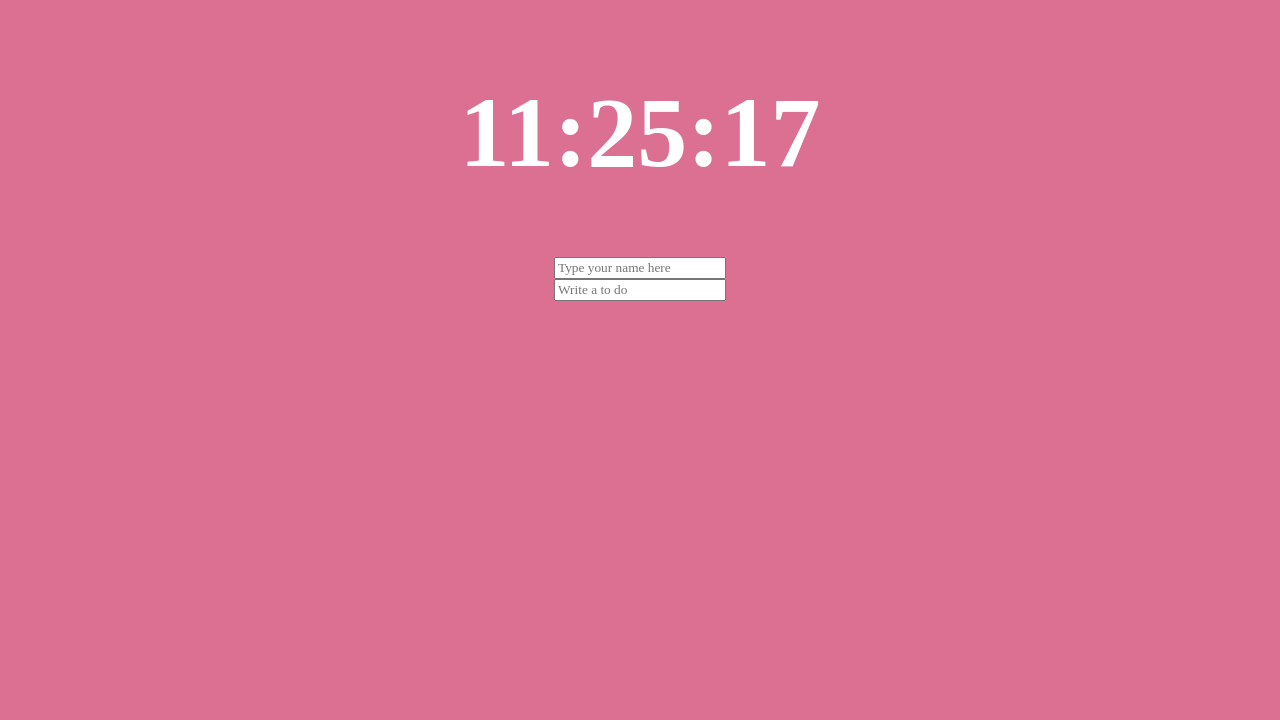
Repository: haleyjung/chrome_app
Page: index.html
An editor plug-in stored every save of this project. The page is shown before and after the next save, followed by the edit.
The browser window is 1280 px wide. The pictures show the whole page.
Some web fonts or font styles are not loaded; a fallback is used.

Above is the page before, as saved 2020-11-23 15:14:47.
Console error: ReferenceError: lamiesstudio is not defined

After the next save:
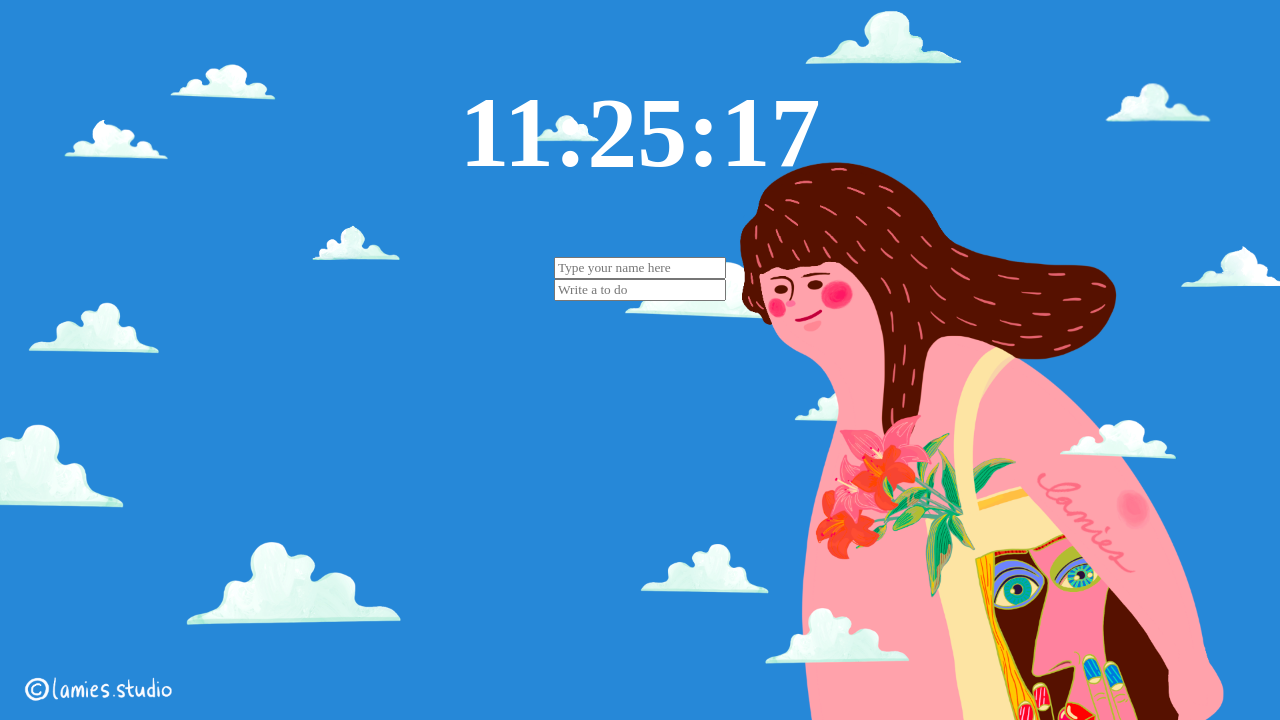
The error is gone.
Saved 9 s later.
--- a/js/bg.js
+++ b/js/bg.js
@@ -9,7 +9,7 @@ const IMG_NUMBER = 4;
 
 function paintImage(imgNumber){
     const image = new Image();
-    image.src = `/img/${lamiesstudio-imgNumber + 1}.png`;
+    image.src = `/img/lamiesstudio-${imgNumber + 1}.png`;
     image.classList.add('bgImage');
     body.prepend(image);
     // image.addEventListener("loadend", handleImgLoad);
